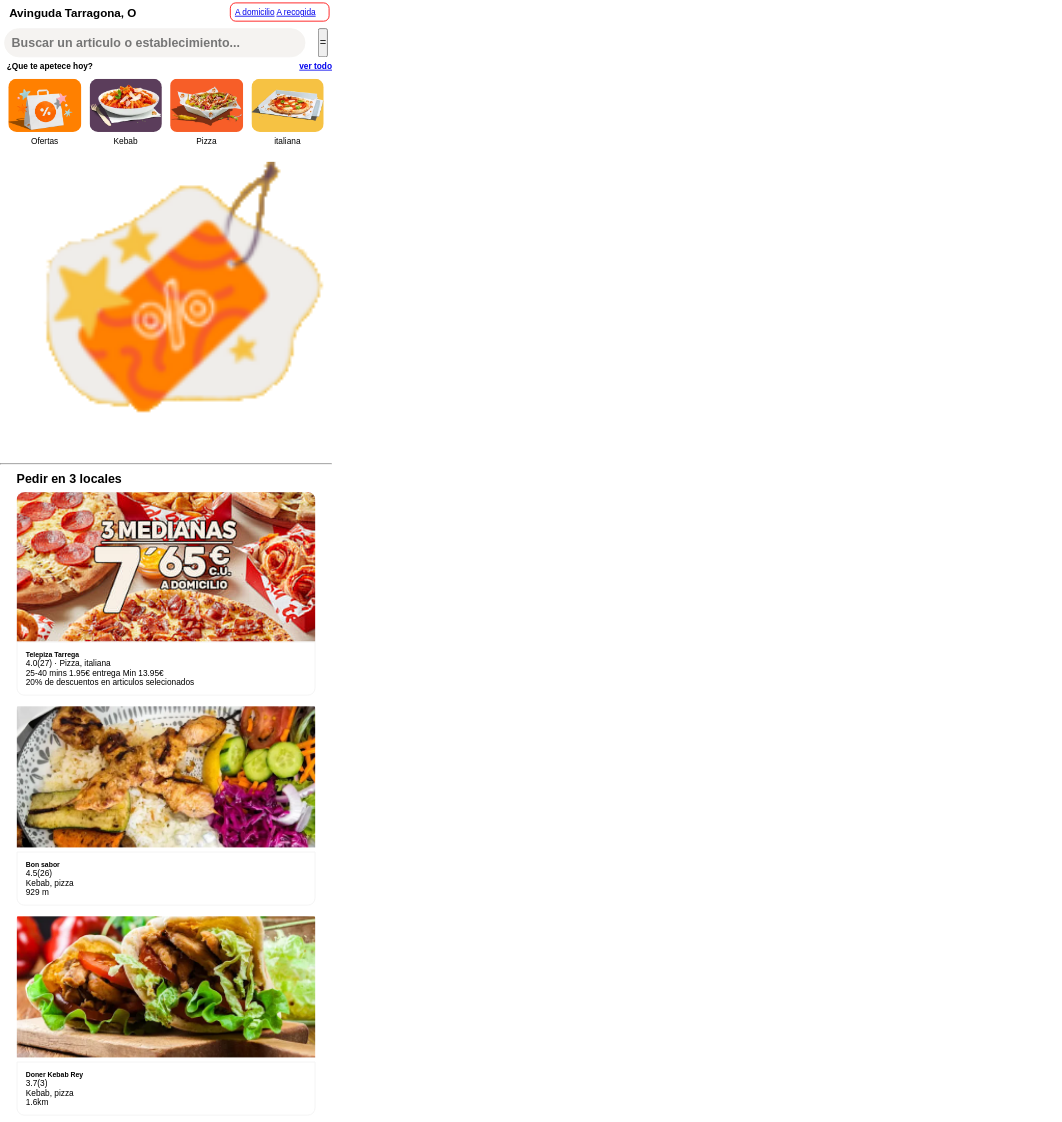
Repository: Srpinedaa/justEat
Page: index.html
The author's editor kept a copy of each file at every save. The page is drawn from the files as they stood at one save, then again after the next save.
The browser window is 1280 px wide. The pictures show the whole page, at 83% of full size.

Above is the page before, as saved 2024-10-03 15:55:20.

### index.html
<!DOCTYPE html>
<html lang="en">

<head>
    <meta charset="UTF-8">
    <meta name="viewport" content="width=, initial-scale=1.0">
    <title>Just Eat</title>
    <link href="https://fonts.googleapis.com/css2?family=Inter:ital,opsz,wght@0,14..32,100..900;1,14..32,100..900&display=swap" rel="stylesheet">
    <link rel="stylesheet" href="css/estilos.css">
</head>

<body>
    <div id="all">
        <header>
            <div id="navDireccion">
                <p class="direccion">Avinguda Tarragona, O</p>
                <div class="formaPedido">
                    <a href="#">A domicilio</a>
                    <a href="#">A recogida</a>
                </div>
            </div>

            <div id="navBuscador">
                <input type="search" placeholder="Buscar un articulo o establecimiento...">
                <button>=</button>
            </div>
        </header>
        <main>
            <div id="contenido">
                <div id="bloque1">
                    <section class="bloque1Sesion1">
                        <h4>¿Que te apetece hoy?</h4>
                        <h4><a href="#">ver todo</a></h4>
                    </section>
                    <section class="bloque1Sesion2">
                        <div class="fotoComida ofertas">
                            <img src="img/ofertas.png" alt="ofertas">
                            <p>Ofertas</p>
                        </div>
                        <div class="fotoComida kebab">
                            <img src="img/italiana.png" alt="italiana">
                            <p>Kebab</p>
                        </div>
                        <div class="fotoComida kebab2">
                            <img src="img/kebab.png" alt="kebab">
                            <p>Pizza</p>
                        </div>
                        <div class="fotoComida pizza">
                            <img src="img/pizza.png" alt="pizza">
                            <p>italiana</p>
                        </div>
                    </section>
                </div>
                <div id="bloque2">
                    <div id="slideShow">
                        <img src="img/descuento.png" alt="descuentos">
                    </div>
                </div>
                <hr>
                <div id="bloque3">
                    <h2>Pedir en 3 locales</h2>
                    <section class="bloquePedidos">
                        <div class="pedido">
                            <div class="imagenPedido">
                                <img src="img/pizza.jpg" alt="pizza">
                            </div>
                            <div class="informacionPedido">
                                <h5>Telepiza Tarrega</h5>
                                <p>4.0(27) · Pizza, italiana</p>
                                <p>25-40 mins 1.95€ entrega Min 13.95€</p>
                                <p>20% de descuentos en articulos selecionados</p>
                            </div>
                        </div>
                        <div class="pedido">
                            <div class="imagenPedido">
                                <img src="img/combinat.png" alt="pizza">
                            </div>
                            <div class="informacionPedido">
                                <h5>Bon sabor</h5>
                                <p>4.5(26)</p>
                                <p>Kebab, pizza</p>
                                <p>929 m</p>
                            </div>
                        </div>
                        <div class="pedido">
                            <div class="imagenPedido">
                                <img src="img/doner.png" alt="pizza">
                            </div>
                            <div class="informacionPedido">
                                <h5>Doner Kebab Rey</h5>
                                <p>3.7(3)</p>
                                <p>Kebab, pizza</p>
                                <p>1.6km</p>
                            </div>
                        </div>
                    </section>
                </div>
            </div>
        </main>
        <footer></footer>
    </div>
</body>

</html>

### css/estilos.css
*{
    margin: 0;
    padding: 0;
    box-sizing: border-box;
    font-family: sans-serif;
}

html{
    font-size: 62.5%;
}

#all{
    /* border: 1px solid red; */
    overflow: hidden;
    width: 40rem;

}

#navDireccion{
    /* border: 1px solid green; */
    display: flex;
    justify-content: space-between;
    margin-bottom: 9px;
    padding: 3px;
    align-items: center;
    margin: 0;
}

#navBuscador{
    padding: 5px;
    /* border: 1px solid blue; */
    display: flex;
    justify-content: space-between;
}

.direccion{
    margin-left: 8px;
    font-size: 1.4rem;
    font-weight:bolder;
    color: black;
}

#navBuscador input{
    width: 93%;
    border-radius: 3rem;
    padding: 8px;
    border: 1px solid #f5f3f1;
    background-color: #f5f3f1;
    font-size: 1.5rem;
    font-weight: bolder;

}

.buscador{
    /* border: 1px solid red; */
    border-radius: 7px;
    padding: 5px;
}


#slideShow{
    width: 100%;
    height: auto;
    margin-bottom: 2rem;
    padding: 5px;
    /* border: 1px solid cadetblue; */
}

#slideShow img{
    width: 100%;
    height: 100%;
}

.formaPedido{
    border: 1px solid red;
    border-radius: 7px;
    padding: 5px;
    width: 12rem;
    padding: 5px;

}

#contenido{
    /* border: 1px solid green; */
}

#bloque1{
    /* border: 1px solid blue; */
    display: flex;
    flex-direction: column;
}

.bloque1Sesion1{
    /* border: 1px solid pink; */
    display: flex;
    justify-content: space-between;
}

.bloque1Sesion1 h4:first-child{
    margin-left: 8px;
}

.bloque1Sesion2{
    /* border: 1px solid brown; */
    display: flex;
    width: 100%;
    justify-content: space-between;
    padding: 5px;
}

.fotoComida{
    width: 20rem;
    height: auto;
    padding: 5px;
    display: flex;
    flex-direction: column;
    align-items: center;
}

.fotoComida img{
    width: 100%;
    height: 100%;
    border-radius: 8px;
    /* border: 1px solid salmon; */
}

.ofertas img,
.kebab img,
.kabab2 img,
.pizza img{
    border-radius: 1rem;

}

.ofertas img{
    background-color: #ff8000;
}

.kebab img{
    background-color: #5b3d5b;

}

.kebab2 img{
    background-color: #f75e28;

}

.pizza img{
    background-color: #f6c243;

}

.fotoComida p{
    margin: 5px 0;
}

#bloque3{
    margin-top: 8px;
}

#bloque3 h2{
    margin-bottom: 8px;
    margin-left: 2rem;
}

.bloquePedidos{
    /* border: 1px solid blue; */
}

.pedido{
    width: 100%;
    /* border: 1px solid green; */
    display: flex;
    flex-direction: column;
    border-radius: 8px;
    margin-bottom: 8px;
}

.imagenPedido{
    width: 36rem;
    /* border: 1px solid red; */
    display: flex;
    justify-content: center;
    align-items: center;
    height: 18rem;
    overflow: hidden;
    border-top-right-radius: 9px;
    border-top-left-radius: 9px;
    margin: 0 auto;
    /* position: relative; */
}

.imagenPedido img{
    width: 100%;
    height: auto;
}

.informacionPedido{
    width: 36rem;
    /* background-color: wheat; */
    display: flex;
    flex-direction: column;
    flex-wrap: wrap;
    margin: 0 auto;
    padding: 1rem;
    border-bottom-left-radius: 9px;
    border-bottom-right-radius: 9px;
    border: 1px solid #f2f2f2;

}

.informacionPedido h5{
    width: 100%;
}

.informacionPedido p:last-child{
    width: 100%;
}

After the next save:
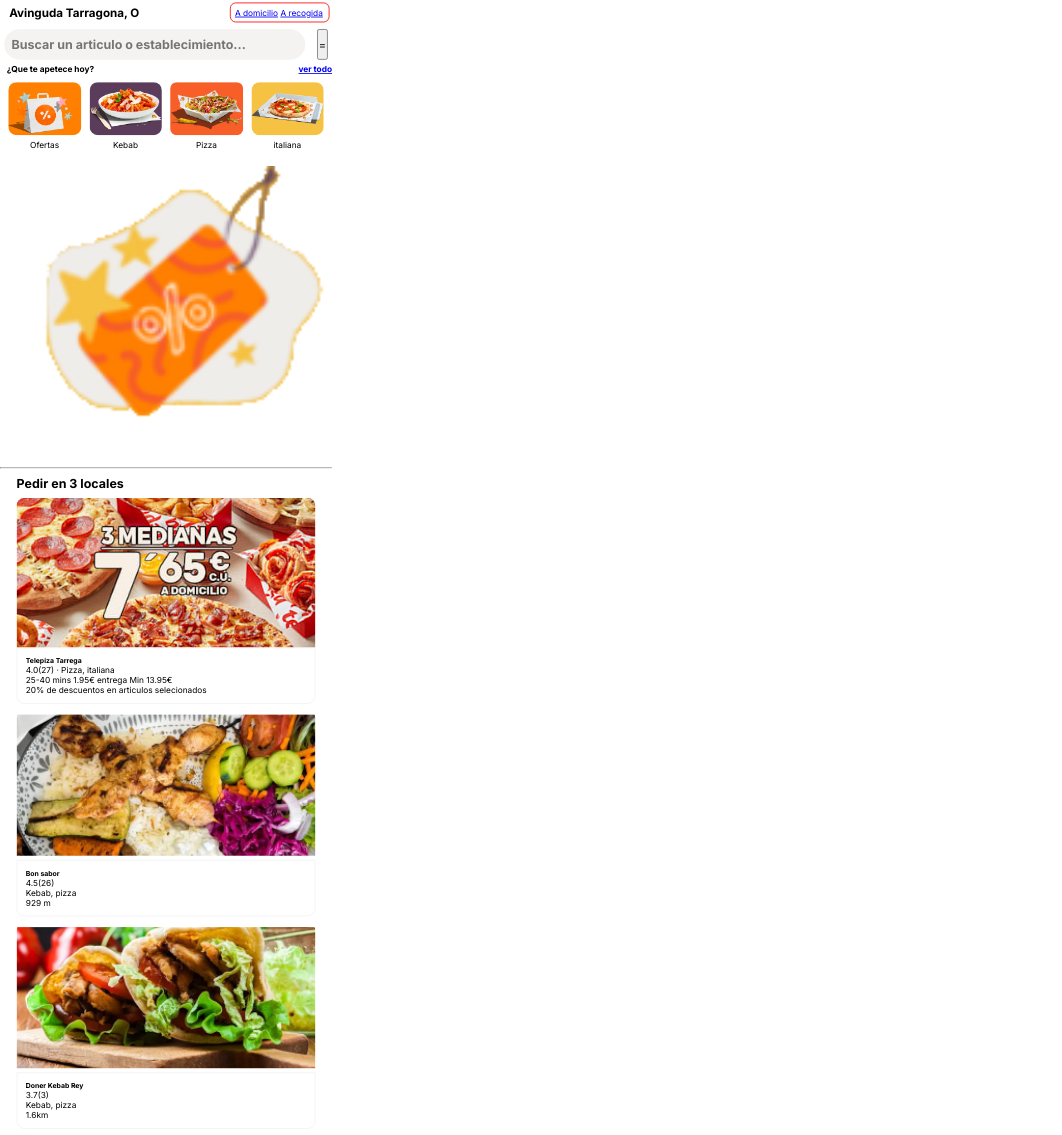
Saved 36 s later.
--- a/css/estilos.css
+++ b/css/estilos.css
@@ -2,7 +2,7 @@
     margin: 0;
     padding: 0;
     box-sizing: border-box;
-    font-family: sans-serif;
+    font-family: "Inter", sans-serif;
 }
 
 html{
